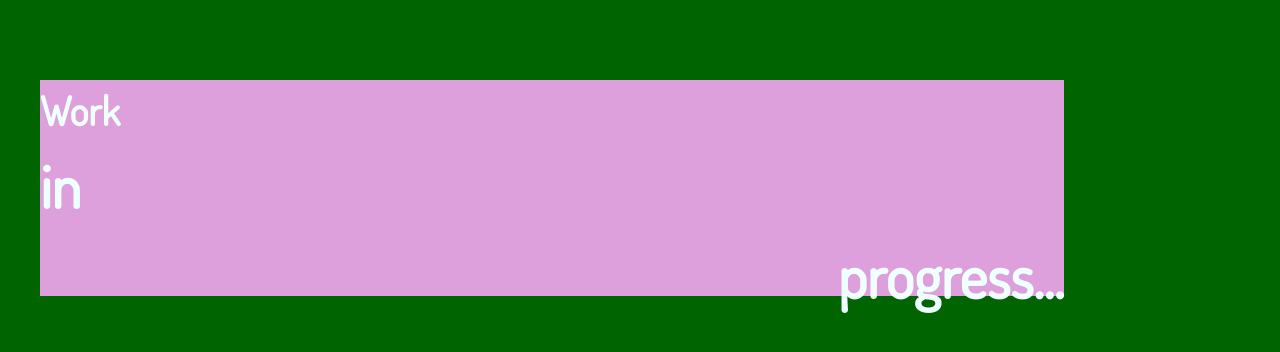
Repository: NollieChtn6/NollieChtn6.github.io
Page: index.html
These files come from the project's save history. The page is drawn as it stood at one moment and after the next save; the edit follows.
The browser window is 1280 px wide. The pictures show the whole page.

Above is the page before, as saved 2023-11-10 18:14:12.

After the next save:
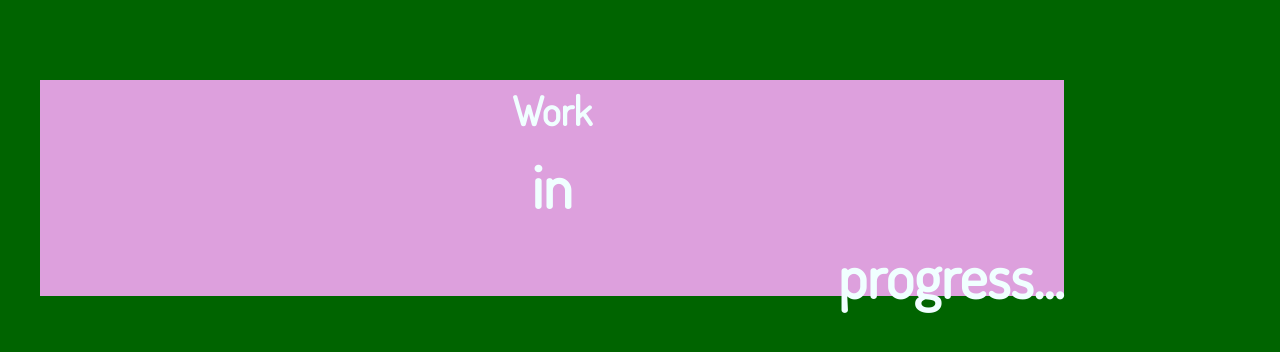
Saved 10 s later.
--- a/css/style.css
+++ b/css/style.css
@@ -64,12 +64,12 @@ h1 {
 }
 
 .main__title--level-1 {
-  align-self: start;
+  align-self: center;
 
 }
 
 .main__title--level-2 {
-  /* align-self: center; */
+  align-self: center;
   font-size: 1.5em;
 }
 
